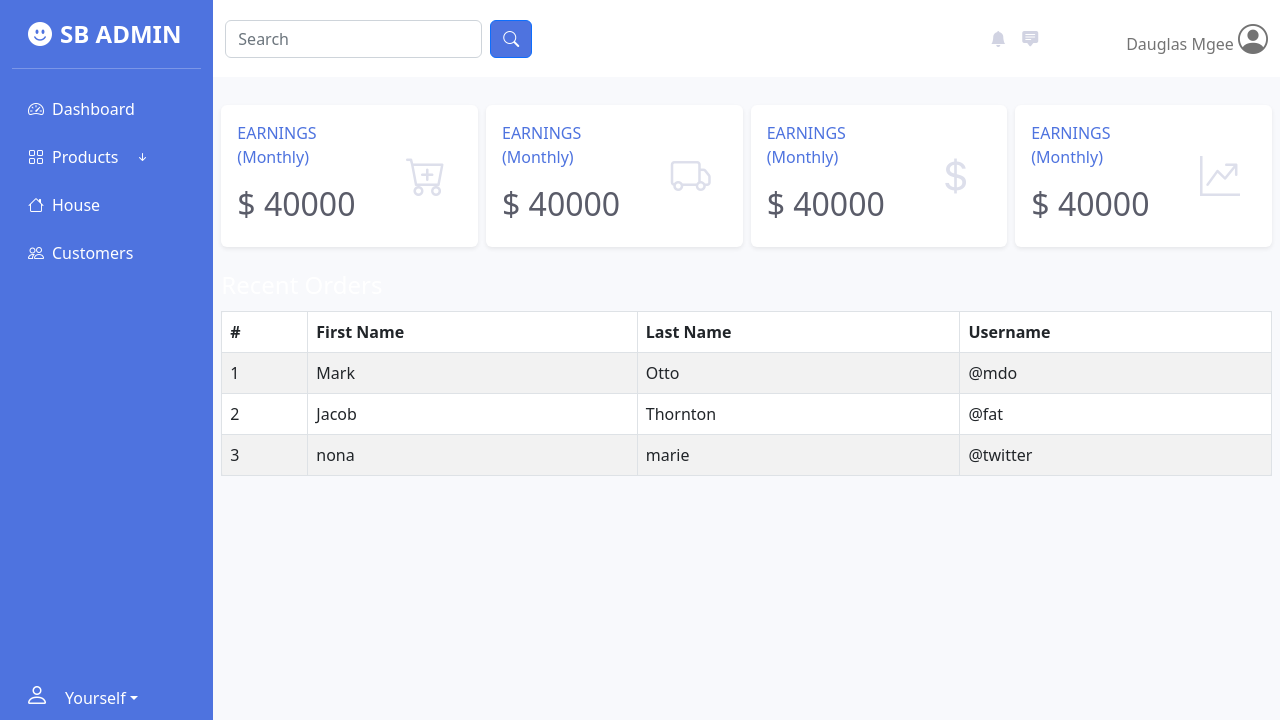
Repository: iqbalaamir/dashboard
Page: /
These files come from the project's save history. The page is drawn as it stood at one moment and after the next save; the edit follows.
The browser window is 1280 px wide. The pictures show the whole page.
The project was rebuilt for these pictures with package versions that can differ from the ones it lists, and the page was loaded fresh each time. Also part of the build but not shown: src/App.css.

Above is the page before, as saved 2023-04-24 22:31:39.

After the next save:
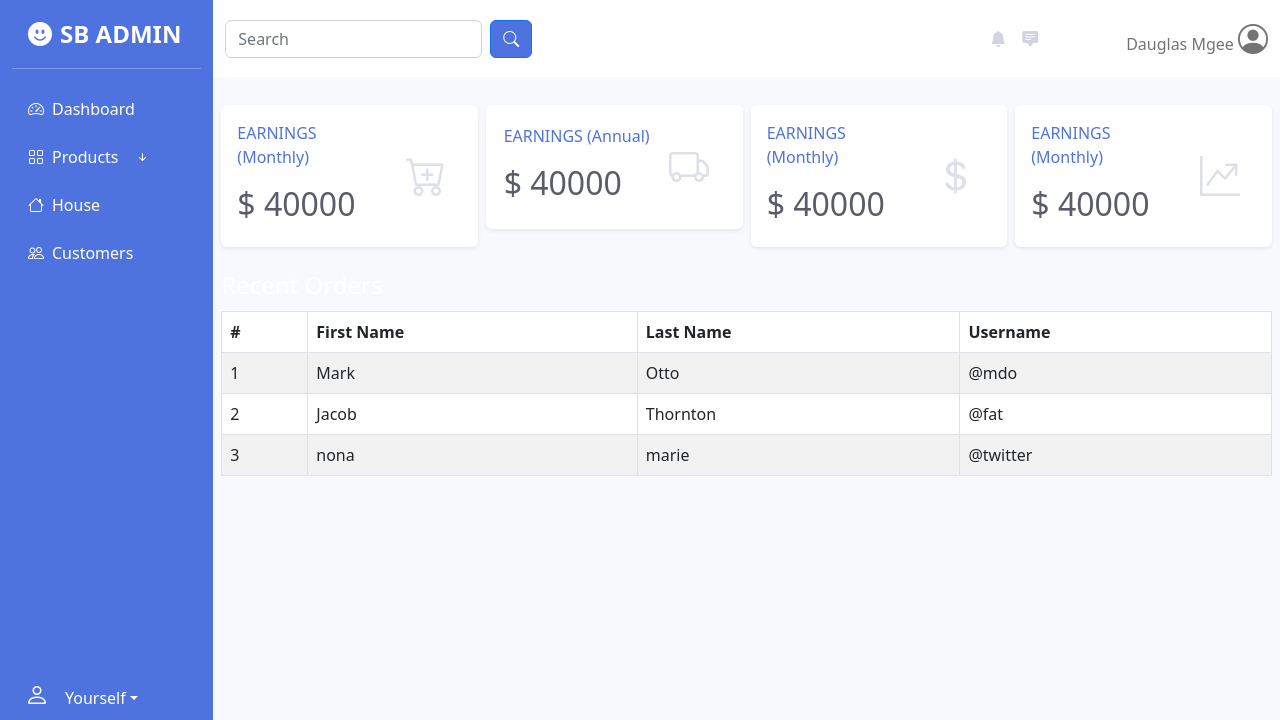
Saved 8 s later.
--- a/src/components/HomeComponent.js
+++ b/src/components/HomeComponent.js
@@ -20,7 +20,7 @@ function Home() {
           <div className="col-md-3 p-1">
             <div className="p-3 bg-white shadow-sm d-flex justify-content-around align-items-center rounded">
               <div>
-              <p className="fs-10" style={{color:"#4e73df"}}>EARNINGS (Monthly)</p>
+              <p className="fs-10" style={{color:"#4e73df"}}>EARNINGS (Annual)</p>
                 <h5 className="fs-2" style={{color:"#5a5c69"}}>$ 40000</h5>
               </div>
               <i className="bi bi-truck p-3 fs-1" style={{color:"#dddfeb"}}></i>
